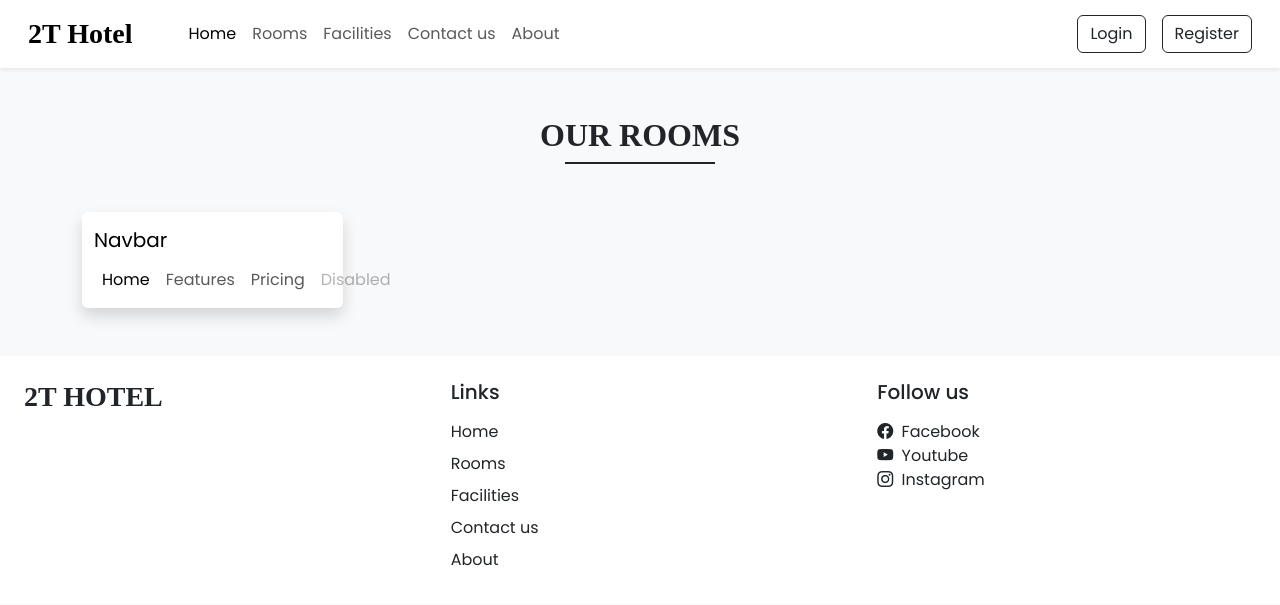
Repository: TaTongThanh2003/DoAnCoSo2024_BookingHotelWebsite
Page: http://localhost/WebsiteBookingHotel/rooms.php
The author's editor kept a copy of each file at every save. The page is drawn from the files as they stood at one save, then again after the next save.
The browser window is 1280 px wide. The pictures show the whole page.
Some web fonts or font styles are not loaded; a fallback is used. The page is run by PHP 8.4 with error messages shown; the project is at /var/www/html/.

Above is the page before, as saved 2024-03-22 15:52:10.

After the next save:
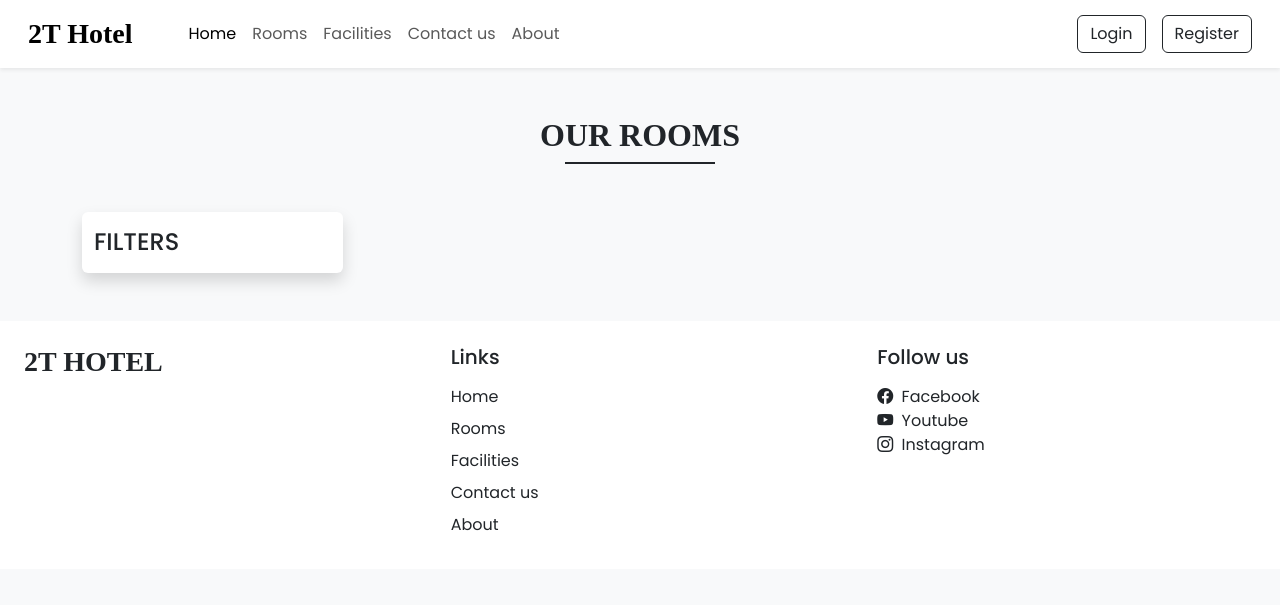
Saved 106 s later.
--- a/WebsiteBookingHotel/rooms.php
+++ b/WebsiteBookingHotel/rooms.php
@@ -37,27 +37,14 @@
             <div class="col-lg-3">
                 <nav class="navbar navbar-expand-lg navbar-light bg-white rounded shadow ">
                     <div class="container-fluid flex-lg-column align-items-stretch">
-                        <a class="navbar-brand" href="#">Navbar</a>
+                        <h4 class="mt-2">FILTERS</h4>
                         <button class="navbar-toggler" type="button" data-bs-toggle="collapse"
                             data-bs-target="#navbarNav" aria-controls="navbarNav" aria-expanded="false"
                             aria-label="Toggle navigation">
                             <span class="navbar-toggler-icon"></span>
                         </button>
                         <div class="collapse navbar-collapse" id="navbarNav">
-                            <ul class="navbar-nav">
-                                <li class="nav-item">
-                                    <a class="nav-link active" aria-current="page" href="#">Home</a>
-                                </li>
-                                <li class="nav-item">
-                                    <a class="nav-link" href="#">Features</a>
-                                </li>
-                                <li class="nav-item">
-                                    <a class="nav-link" href="#">Pricing</a>
-                                </li>
-                                <li class="nav-item">
-                                    <a class="nav-link disabled" aria-disabled="true">Disabled</a>
-                                </li>
-                            </ul>
+
                         </div>
                     </div>
                 </nav>
